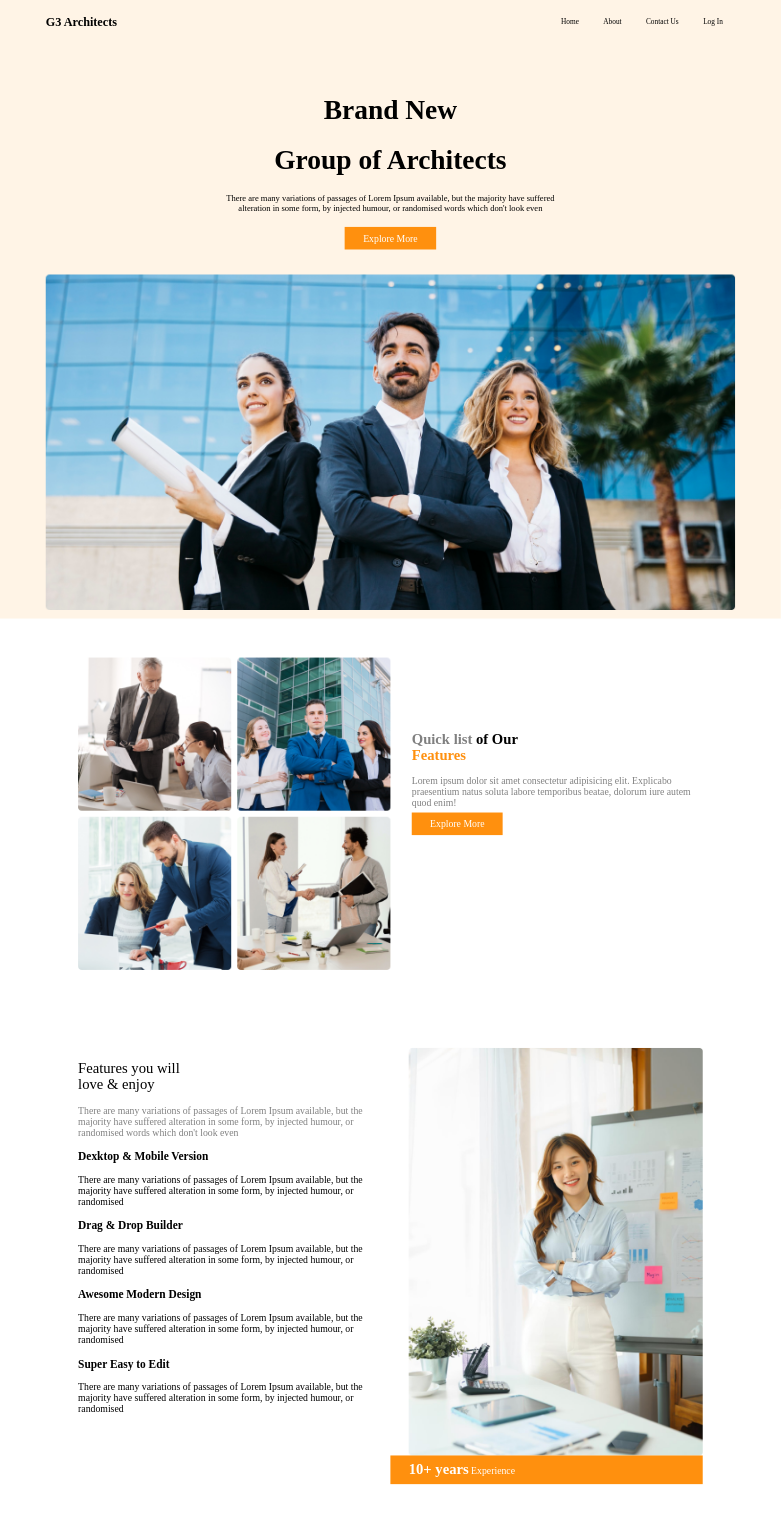
Repository: sadiaafsana138/Architect
Page: index.html
An editor plug-in stored every save of this project. The page is shown before and after the next save, followed by the edit.
The browser window is 1280 px wide. The pictures show the whole page, at 61% of full size.

Above is the page before, as saved 2023-01-16 16:44:51.

### index.html
<!DOCTYPE html>
<html lang="en">

<head>
  <meta charset="UTF-8" />
  <meta http-equiv="X-UA-Compatible" content="IE=edge" />
  <meta name="viewport" content="width=device-width, initial-scale=1.0" />
  <!-- CSS Stylesheet -->
  <link rel="stylesheet" href="style.css" />
  <title>G3 Architects</title>
</head>

<body>
  <!-- Head Section -->
  <header>
    <div class="top-head container">
      <div class="logo">
        <a href="">G3 Architects</a>
      </div>
      <nav class="navigation">
        <ul class="navigation-items">
          <li><a href="#">Home</a></li>
          <li><a href="#">About</a></li>
          <li><a href="#">Contact Us</a></li>
          <li><a href="#">Log In</a></li>
        </ul>
      </nav>
    </div>
    <div class="top-section container">
      <div class="top-bar-product">
        <div class="top-text">
          <h1>Brand New</h1>
          <h1>Group of Architects</h1>
          <p>
            There are many variations of passages of Lorem Ipsum available,
            but the majority have suffered <br>
            alteration in some form, by
            injected humour, or randomised words which don't look even
          </p>
          <br />
          <a href="#" class="link-btn">Explore More </a>
        </div>
        <div class="top-img">
          <img src="./images/banner.png" alt="" />
        </div>
      </div>
    </div>
  </header>
  <!--section Quick list of Our Features-->
  <section class="section-2">
    <div class="sec2div1">
      <img src="images/team1.png" alt="">

      </img>
      <img src="images/team2.png" alt="">

      </img>
      <img src="images/team3.png" alt="">

      </img>
      <img src="images/team4.png" alt="">

      </img>
    </div>
    <div class="sec2div2">
      <h2><span class="sp1">Quick list</span> of Our <br>
        <span id="sp2">Features</span>
      </h2>
      <p class="sp1">Lorem ipsum dolor sit amet consectetur adipisicing elit. Explicabo praesentium natus soluta labore
        temporibus beatae, dolorum iure autem quod enim!</p>
      <a href="#" class="link-btn">Explore More </a>
    </div>
  </section>
  <!--section-3 Features you will love & enjoy-->
  <section class="section-2">
    <div class="sec3div1">
      <h1>Features you will<br>
        love & enjoy</h1>
      <p class="sp1">
        There are many variations of passages of Lorem Ipsum available, but the majority have suffered alteration in
        some form, by injected humour, or randomised words which don't look even
      </p>
      <div class="sec3">
        <h3 class="sec3title">Dexktop & Mobile Version</h3>
        <p class="sec3subtitle">
          There are many variations of passages of Lorem Ipsum available, but the majority have suffered alteration in
          some form, by injected humour, or randomised
        </p>
      </div>
      <div class="sec3">
        <h3 class="sec3title">Drag & Drop Builder</h3>
        <p class="sec3subtitle">
          There are many variations of passages of Lorem Ipsum available, but the majority have suffered alteration in
          some form, by injected humour, or randomised
        </p>
      </div>
      <div class="sec3">
        <h3 class="sec3title">Awesome Modern Design</h3>
        <p class="sec3subtitle">
          There are many variations of passages of Lorem Ipsum available, but the majority have suffered alteration in
          some form, by injected humour, or randomised
        </p>
      </div>
      <div class="sec3">
        <h3 class="sec3title">Super Easy to Edit</h3>
        <p class="sec3subtitle">
          There are many variations of passages of Lorem Ipsum available, but the majority have suffered alteration in
          some form, by injected humour, or randomised
        </p>
      </div>
    </div>
    <div class="sec3div2">
      <img src="images/architect.png" alt="">
      <a href="#" class="link-btn"><span class="sp3">10+ years</span> Experience </a>
    </div>


  </section>
</body>

</html>

### style.css
@import url("https://fonts.googleapis.com/css2?family=Inter:wght@700&family=Manrope:wght@700&display=swap");

/* common styles or utilities */
* {
  padding: 0;
  box-sizing: border-box;
}

html {
  scroll-behavior: smooth;
}

body {
  font-family: "Poppins";
  margin: 0;
}

h1 {
  font-weight: 500;
}

a {
  text-decoration: none;
}

main {
  display: flex;
  flex-direction: column;
  align-items: center;
  justify-content: center;
  margin-top: 2%;
}

.container {
  max-width: 960px;
  margin: 0 auto;
  padding: 0 20px;
}

.link-btn {
  background-color: #ff900e;
  color: white;
  padding: 10px 30px;
  transition: 0.4s all ease-in-out;
}

.link-btn:hover {
  background-color: transparent;
  border: 1px solid #ff900e;
  color: #ff900e;
}

/* Header Section */
header {
  padding: 10px 0;
  background-color: rgba(255, 144, 14, 0.1);
}

header .container {
  max-width: 1170px;
  display: flex;
  justify-content: space-between;
  align-items: center;
}

.logo {
  display: flex;
}

.logo a {
  color: black;
  font-weight: 700;
  font-size: 20px;
}

.navigation {
  display: flex;
}

.navigation-items {
  display: flex;
  align-items: center;
}

.navigation-items li {
  list-style: none;
  padding: 0 20px;
}

.navigation-items li a {
  color: black;
  font-size: 12px;
  position: relative;
}

.navigation-items li a:after {
  content: "";
  position: absolute;
  background-color: #ff900e;
  height: 3px;
  width: 0;
  left: 0;
  bottom: -10px;
  transition: 0.3s;
}

.navigation-items li a:hover:after {
  width: 100%;
}

/* Top Bar Infos */
.top-section.container {
  margin-top: 5%;
}

.top-bar-product {
  text-align: center;
}

.top-text h1 {
  font-weight: 700;
  font-size: 45px;
}

.top-text p {
  font-size: 14px;
  text-align: center;
}

.top-img {
  width: 100%;
  margin-top: 50px;
}
.top-img img {
  width: 100%;
}
/*Section 2 Quick list of Our Features*/
.sp1{
  color: gray;
}
#sp2{
  color: #ff900e;
}
.section-2{
  display:grid;
  grid-template-columns: repeat(2,1fr);
  padding-left: 10%;
  padding-right: 10%;
  padding-top: 5%;
  padding-bottom: 5%;

}
.sec2div1{
  display: grid;
  grid-template-columns: repeat(2,1fr);
  row-gap: 10px;
  column-gap: 10px;
}
.sec2div1 img{
  width: 100%;
}
.sec2div2{
  padding-left: 35px;
  padding-top: 100px;
}
/* Media Queries */
@media only screen and (max-width: 688px) {
  .navigation {
    display: none;
  }
  .container {
    width: 100%;
  }
  .top-bar-product {
    flex-direction: column;
  }
  .top-img {
    order: 1;
  }
  .top-text {
    order: 2;
    text-align: center;
  }
  .section-2{
    display:grid;
    grid-template-columns: repeat(1,1fr);
  }
  .sec2div1{
    display: grid;
    grid-template-columns: repeat(1,1fr);
  }

}
.sec3div2{
  display: grid;
}
.sec3div2 img{
  width: 100%;
  padding-left:30px;
}
.sp3{
  font-weight: 700;
  font-size: x-large;
}
@media only screen and (min-width: 688px) and (max-width: 992px) {
  .container {
    width: 100%;
  }
  .section-2{
    display:grid;
    grid-template-columns: repeat(1,1fr);
  }
  .sec2div1{
    display: grid;
    grid-template-columns: repeat(2,1fr);
  }
}

After the next save:
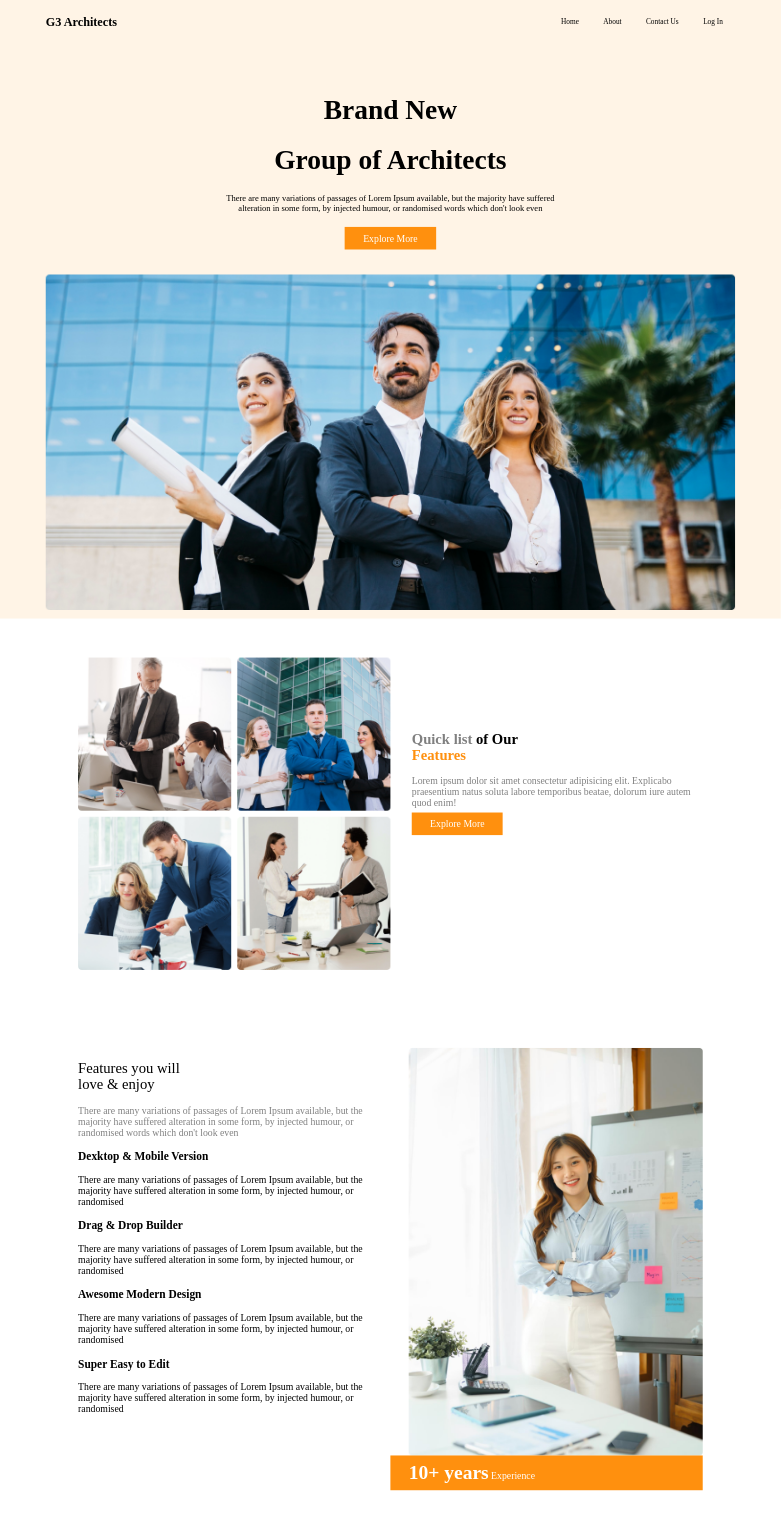
Saved 67 s later.
--- a/style.css
+++ b/style.css
@@ -4,6 +4,7 @@
 * {
   padding: 0;
   box-sizing: border-box;
+  font-family: "Poppins";
 }
 
 html {
@@ -200,7 +201,7 @@
 }
 .sp3{
   font-weight: 700;
-  font-size: x-large;
+  font-size: xx-large;
 }
 @media only screen and (min-width: 688px) and (max-width: 992px) {
   .container {
